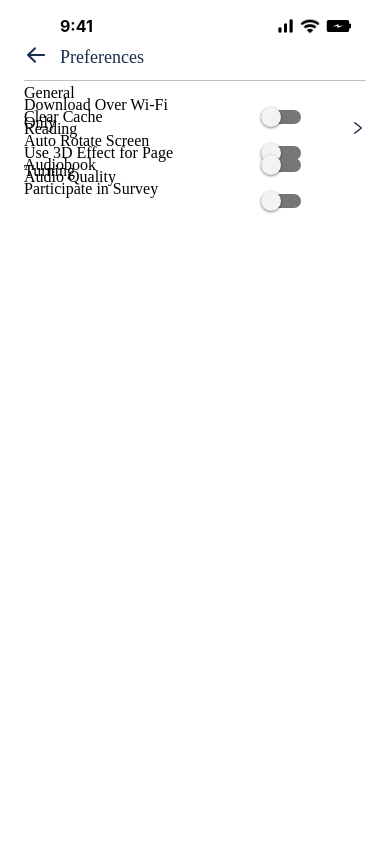
Repository: tnmod/Erabook
Screen: / (app in app/)
The author's editor kept a copy of each file at every save. The screen is drawn from the files as they stood at one save, then again after a run of saves.
The app was drawn by React Native's web renderer in a window 390 px wide. The project was rebuilt for these pictures with package versions that can differ from the ones it lists, and the page was loaded fresh each time. Imported but missing from the stored project, and not drawn on this page: app/src/redux/features/CounterAPI.

Above is the screen before, as saved 2023-05-25 19:19:40.

### app/App.tsx


import React, { useState, Dispatch } from 'react';
import type { PropsWithChildren } from 'react';
import {
  Image,
  SafeAreaView,
  ScrollView,
  StatusBar,
  StyleSheet,
  Text,
  useColorScheme,
  View,
} from 'react-native';

import {
  Colors,
  DebugInstructions,
  Header,
  LearnMoreLinks,
  ReloadInstructions,
} from 'react-native/Libraries/NewAppScreen';
import MainNagivator from './src/Navigator/MainNavigator';
import { NavigationContainer } from '@react-navigation/native';
import { store } from './src/redux/app/store';
import { Provider } from 'react-redux';
import EbookItem from './src/components/Item/EbookItem';
import DetailScreen from './src/screens/detailScreen/DetailScreen';
import Notification from './src/screens/Notification/Notification';
import Preferences from './src/screens/Preferences/Preferences';





type SectionProps = PropsWithChildren<{
  title: string;
}>;
type Model = {
  name: String;
  age: Number;
}


const StatusBarIOS = () => {
  return (
    <View style={{ width: "100%", height: 42, paddingTop: 10, justifyContent: 'space-between', flexDirection: 'row', backgroundColor: 'white' }}>
      <View style={{ height: "100%", flex: 1, marginHorizontal: 20, justifyContent: 'center', alignItems: 'center', flexDirection: 'row' }}>
        <Text style={{ fontWeight: 'bold', fontSize: 16, color: 'black' }}>9:41</Text>
      </View>
      <View style={{ flex: 3 / 4 }}></View>
      <View style={{ height: "100%", flex: 1, marginHorizontal: 20, justifyContent: 'center', alignItems: 'center', flexDirection: 'row' }}>
        <Image style={{ width: 19, height: 16, margin: 2, resizeMode: 'stretch' }} source={require('./src/assets/statusbar-signal.png')} />
        <Image style={{ width: 22, height: 22, margin: 2 }} source={require('./src/assets/statusbar-wifi.png')} />
        <Image style={{ width: 27, height: 24, margin: 2, resizeMode: 'stretch' }} source={require('./src/assets/statusbar-battery.png')} />
      </View>
    </View>
  )
}


const App: React.FC<Model> = () => {

  return (
    <Provider store={store} >
      <NavigationContainer>
        <SafeAreaView style={{ flex: 1 }}>
          <StatusBarIOS />
          <StatusBar hidden={true} />
          {/* <MainNagivator /> */}
          {/* <EbookItem /> */}
          <Preferences/>
        </SafeAreaView>
      </NavigationContainer>
    </Provider>
  );
}

const styles = StyleSheet.create({
  sectionContainer: {
    marginTop: 32,
    paddingHorizontal: 24,
  },
  sectionTitle: {
    fontSize: 24,
    fontWeight: '600',
  },
  sectionDescription: {
    marginTop: 8,
    fontSize: 18,
    fontWeight: '400',
  },
  highlight: {
    fontWeight: '700',
  },
});

export default App;

### app/src/redux/app/store.js
import { configureStore } from "@reduxjs/toolkit";
import CounterReducer from "../features/CounterSilce";


export const store = configureStore({
    reducer:{
        counter: CounterReducer,
    }
})

### app/src/screens/Preferences/Preferences.tsx
import { StyleSheet, Text, View, Image, ScrollView, TouchableOpacity } from 'react-native'
import React, { useState } from 'react'
import { SafeAreaView } from 'react-native-safe-area-context'
import { Popins } from '../../components/popins'
import Icon from 'react-native-vector-icons/AntDesign'
import { Switch } from '@rneui/themed';

const Notification: React.FC = () => {
    const [isEnabled, setIsEnabled] = useState(false);
    const toggleSwitch = () => setIsEnabled(previousState => !previousState);

    return (
        <ScrollView style={{ backgroundColor: 'white', flex: 1 }}>
            <View style={[styles.container]}>
                <TouchableOpacity style={{ flexDirection: 'row', alignItems: 'center', }}>
                    <Icon size={24} name='arrowleft' color={'#192e51'} />
                    <Text style={[styles.text500, { marginLeft: 12, fontSize: 18 }]}>Preferences</Text>
                </TouchableOpacity>
                <View style={{ width: "100%", height: 0.5, backgroundColor: 'grey', opacity: 0.5, marginVertical: 12 }}></View>
                <View style={[{ marginTop: 12 }]}>
                    <View style={[styles.container1]}>
                        <Text style={[styles.text3]}>General</Text>
                    </View>
                    <TouchableOpacity style={[styles.container1]}>
                        <Text style={[styles.text3]}>Download Over Wi-Fi Only</Text>
                        <View style={styles.container3}>
                            <Switch
                                trackColor={{ false: '#767577', true: '#81b0ff' }}
                                thumbColor={isEnabled ? '#f5dd4b' : '#f4f3f4'}
                                ios_backgroundColor="#3e3e3e"
                                onValueChange={toggleSwitch}
                                value={isEnabled}
                            />
                        </View>
                    </TouchableOpacity>
                    <TouchableOpacity style={[styles.container1]}>
                        <Text style={[styles.text3]}>Clear Cache</Text>
                        <Icon size={16} name='right' color={'#192e51'} />
                    </TouchableOpacity>
                    <TouchableOpacity style={[styles.container1]}>
                        <Text style={[styles.text3]}>Reading</Text>
                    </TouchableOpacity>
                    <TouchableOpacity style={[styles.container1]}>
                        <Text style={[styles.text3]}>Auto Rotate Screen</Text>
                        <View style={styles.container3}>
                            <Switch
                                trackColor={{ false: '#767577', true: '#81b0ff' }}
                                thumbColor={isEnabled ? '#f5dd4b' : '#f4f3f4'}
                                ios_backgroundColor="#3e3e3e"
                                onValueChange={toggleSwitch}
                                value={isEnabled}
                            />
                        </View>
                    </TouchableOpacity>
                    <TouchableOpacity style={[styles.container1]}>
                        <Text style={[styles.text3]}>Use 3D Effect for Page Turning</Text>
                        <View style={styles.container3}>
                            <Switch
                                trackColor={{ false: '#767577', true: '#81b0ff' }}
                                thumbColor={isEnabled ? '#f5dd4b' : '#f4f3f4'}
                                ios_backgroundColor="#3e3e3e"
                                onValueChange={toggleSwitch}
                                value={isEnabled}
                            />
                        </View>
                    </TouchableOpacity>
                    <TouchableOpacity style={[styles.container1]}>
                        <Text style={[styles.text3]}>Audiobook</Text>
                    </TouchableOpacity>
                    <TouchableOpacity style={[styles.container1]}>
                        <Text style={[styles.text3]}>Audio Quality </Text>

                    </TouchableOpacity>
                    <TouchableOpacity style={[styles.container1]}>
                        <Text style={[styles.text3]}>Participate in Survey</Text>
                        <View style={styles.container3}>
                            <Switch
                                trackColor={{ false: '#767577', true: '#81b0ff' }}
                                thumbColor={isEnabled ? '#f5dd4b' : '#f4f3f4'}
                                ios_backgroundColor="#3e3e3e"
                                onValueChange={toggleSwitch}
                                value={isEnabled}
                            />
                        </View>
                    </TouchableOpacity>
                </View>
            </View>
        </ScrollView>
    )
}



export default Notification

const styles = StyleSheet.create({

    container: {
        flex: 1,
        paddingHorizontal: 24,
        backgroundColor: 'white',
    },
    container1: {
        flex: 0,
        flexDirection: 'row',
        alignItems: 'center',
        marginBottom: 12,
    },
    container3: {
        flex: 1,
        alignItems: 'center',
        justifyContent: 'center',
    },

    text1: {
        fontSize: 20,
        fontWeight: '700',
        color: 'black',
        justifyContent: 'space-between',
    },
    text3: {
        flex: 1,
        fontSize: 16,
        fontFamily: Popins[400],
        color: 'black',
        justifyContent: 'space-between',
        height: 42,
        textAlignVertical: 'center'
    },
    img: {
        width: 24,
        height: 24
    },


    color: {
        color: '#192e51',
    },
    textCenter: {
        textAlign: 'center',
        textAlignVertical: 'center'
    },
    text400: {
        color: '#192e51',
        fontFamily: Popins[400],
        top: 1.8,
    },
    text500: {
        color: '#192e51',
        fontFamily: Popins[500],
        top: 2,
    },
    text700: {
        color: '#192e51',
        fontFamily: Popins[700],
        top: 2.1,
    },
    center: {
        alignItems: 'center'
    },

})

### app/src/redux/features/CounterSilce.js
import { createAsyncThunk, createSlice } from '@reduxjs/toolkit';
import { fetchCount } from './CounterAPI';

const initialState = {
    value: 0,
    status: 'idle',
};

export const incrementAsync = createAsyncThunk(
    'counter/fetchCount',
    async amount => {
        const response = await fetchCount(amount);
        return response.data;
    },
);

export const counterSlice = createSlice({
    name: 'counter',
    initialState,
    reducers: {
        increment: state => {
            state.value += 1;
        },
        decrement: state => {
            state.value -= 1;
        },
        incrementByAmount: (state, action) => {
            state.value += action.payload;
        },
    },
    extraReducers: builder => {
        builder
            .addCase(incrementAsync.pending, state => {
                state.status = 'loading';
            })
            .addCase(incrementAsync.fulfilled, (state, action) => {
                state.status = 'idle';
                state.value += action.payload;
            });
    },
});

export const { increment, decrement, incrementByAmount } = counterSlice.actions;

export const selectCount = state => state.counter.value;

export const incrementIfOdd = amount => (dispatch, getState) => {
    const currentValue = selectCount(getState());
    if (currentValue % 2 === 1) {
        dispatch(incrementByAmount(amount));
    }
};

export default counterSlice.reducer;

### app/src/components/popins.js

const Popins = {
    '400': 'Poppins-Regular',
    '500': 'Poppins-Medium',
    '600': 'Poppins-SemiBold',
    '700': 'Poppins-Bold',
    '800': 'Poppins-ExtraBold',
    '900': 'Poppins-Black',
}

export { Popins }

After the next 5 saves:
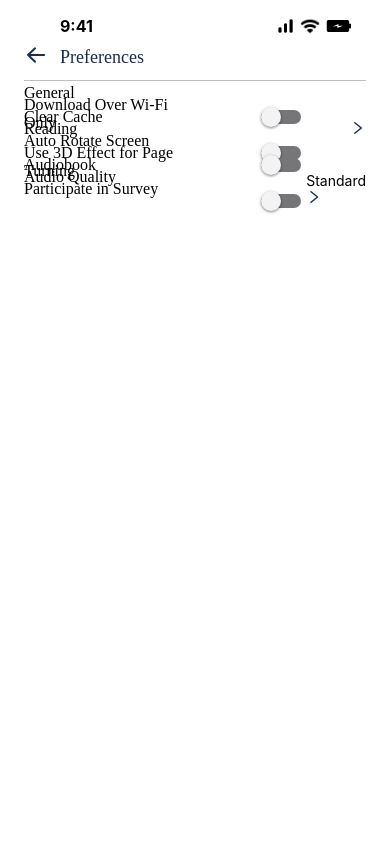
The 5 saves are shown as one change because 1 did not build or start and some came seconds apart.
The last was saved 17 s later.
--- a/app/src/screens/Preferences/Preferences.tsx
+++ b/app/src/screens/Preferences/Preferences.tsx
@@ -69,7 +69,10 @@ const Notification: React.FC = () => {
                     </TouchableOpacity>
                     <TouchableOpacity style={[styles.container1]}>
                         <Text style={[styles.text3]}>Audio Quality </Text>
-
+                        <View>
+                        <Text>Standard</Text>
+                        <Icon size={16} name='right' color={'#192e51'} />
+                        </View>
                     </TouchableOpacity>
                     <TouchableOpacity style={[styles.container1]}>
                         <Text style={[styles.text3]}>Participate in Survey</Text>
